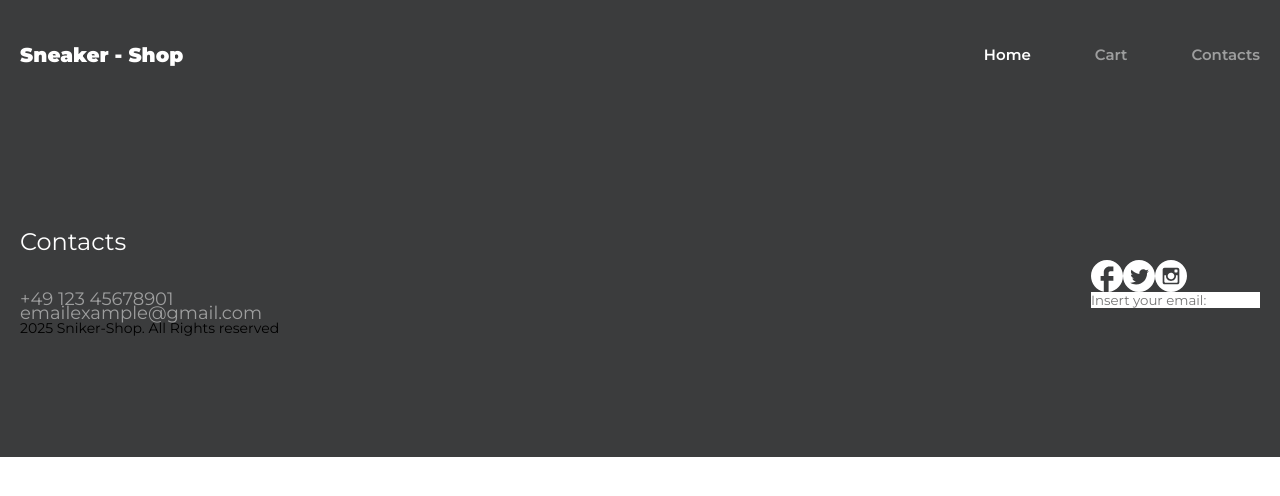
Repository: IstratiiNik/sneaker-shop
Page: /
The author's editor kept a copy of each file at every save. The page is drawn from the files as they stood at one save, then again after a run of saves.
The browser window is 1280 px wide. The pictures show the whole page.
The project was rebuilt for these pictures with package versions that can differ from the ones it lists, and the page was loaded fresh each time. Also part of the build but not shown: vite.config.js.

Above is the page before, as saved 2025-07-01 14:20:15.

After the next 3 saves:
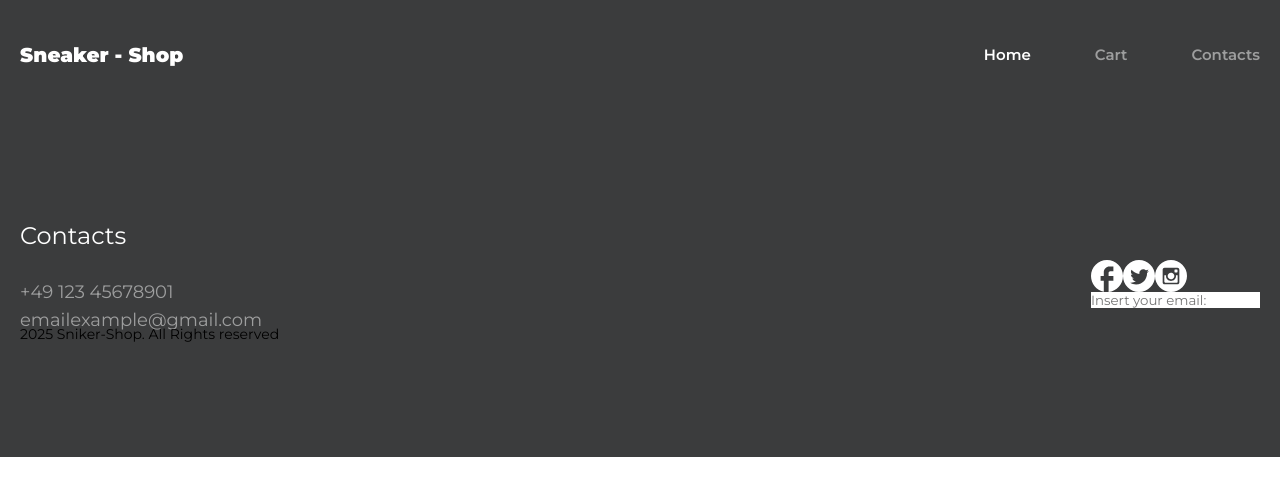
The 3 saves are shown as one change because they came seconds apart.
The last was saved 8 s later.
--- a/src/components/Footer/Footer.module.scss
+++ b/src/components/Footer/Footer.module.scss
@@ -22,15 +22,15 @@
   }
 
   div {
-	display: flex;
-	flex-direction: column;
+    display: flex;
+    flex-direction: column;
+    gap: 13px;
 
     color: rgba(255, 255, 255, 0.5);
     font-size: 18px;
     font-weight: 400;
     line-height: 81%;
   }
-
 }
 
 .footerRight {
